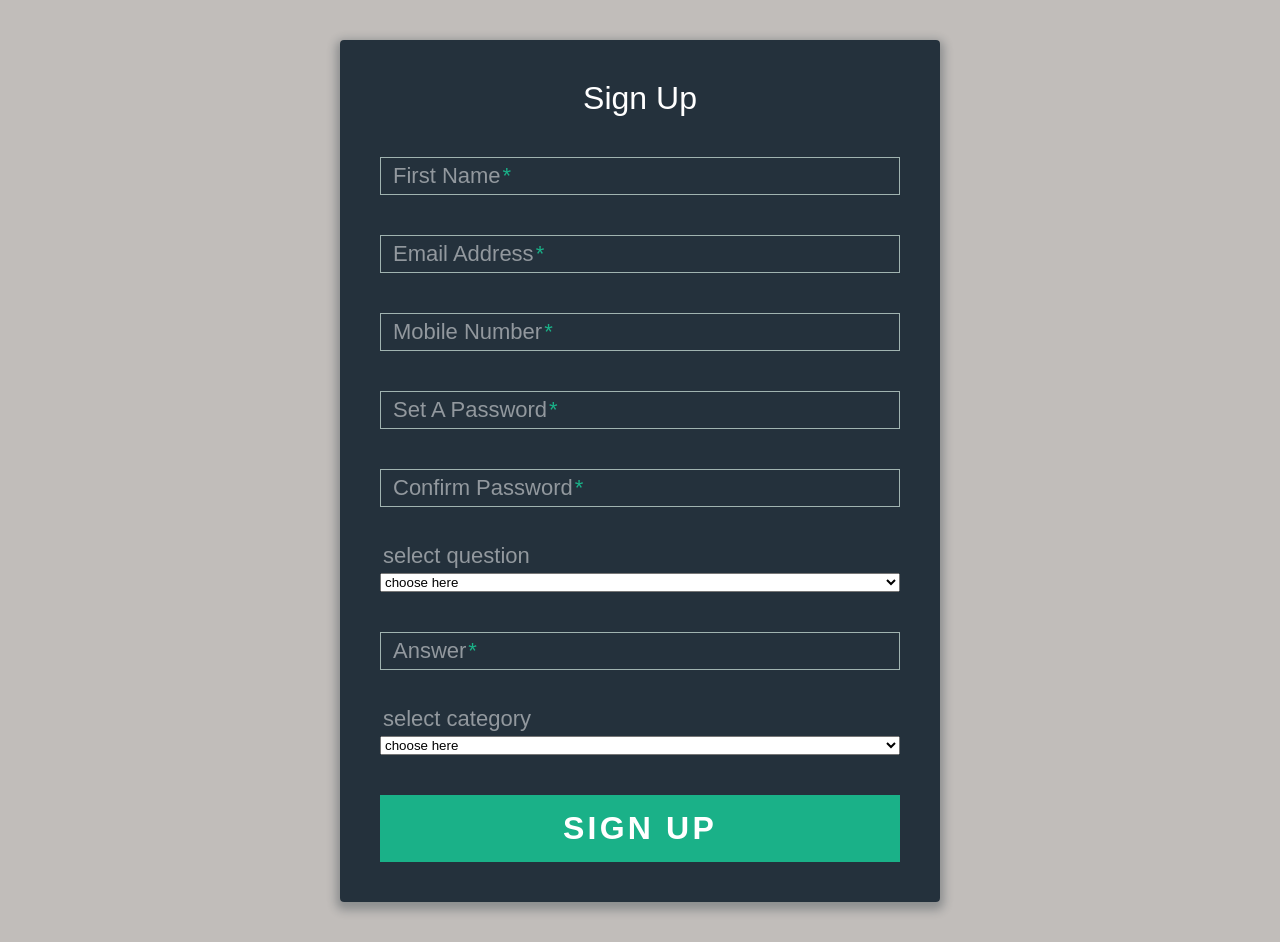
Repository: Jairam123/myProject
Page: http://localhost/CustomerComplaintSystem/Webapps/signUp.jsp
The author's editor kept a copy of each file at every save. The page is drawn from the files as they stood at one save, then again after the next save.
The browser window is 1280 px wide. The pictures show the whole page.
The page is served by Tomcat 9. Other server files are loaded and not shown.

Above is the page before, as saved 2017-03-24 11:03:28.

### ram/CustomerComplaintSystem/Webapps/signUp.jsp
<%@ page language="java" contentType="text/html; charset=UTF-8"
    pageEncoding="UTF-8"%>
<!DOCTYPE html PUBLIC "-//W3C//DTD HTML 4.01 Transitional//EN" "http://www.w3.org/TR/html4/loose.dtd">
<html>
<head>
<meta http-equiv="Content-Type" content="text/html; charset=UTF-8">
<title>Insert title here</title>
<link rel="stylesheet" href="style.css">
</head>
<body>
<div class="form">

     <h1>Sign Up</h1>
       <div id="signup">

          <form action="/" method="post">


            <div class="field-wrap">
              <label>
                First Name<span class="req">*</span>
              </label>
              <input type="text" required autocomplete="off" id="first_name" />
            </div>



          <div class="field-wrap">
            <label>
              Email Address<span class="req">*</span>
            </label>
            <input type="email"required autocomplete="off"/>
          </div>
         <div class="field-wrap">
            <label>
              Mobile Number<span class="req">*</span>
            </label>
            <input type="text"required autocomplete="off"/>
          </div>

          <div class="field-wrap">
            <label>
              Set A Password<span class="req">*</span>
            </label>
            <input type="password"required autocomplete="off" id="password"/>
          </div>
            <div class="field-wrap">
            <label>
              Confirm Password<span class="req">*</span>
            </label>
            <input type="password"required autocomplete="off" id="confirm_password"/>
          </div>
            <div class="field-wrap" style="margin-top:-10px;">
              <label style="margin-left:-10px;">select question
            </label>
                   <br>
                   <br>
                <select name="cars" style="width: 100%;" required >
                <option selected disabled>choose here</option>
                <option value="volvo">Volvo</option>
                <option value="saab">Saab</option>
                <option value="fiat">Fiat</option>
                <option value="audi">Audi</option>
              </select>
          </div>

            <div class="field-wrap">
            <label>
              Answer<span class="req">*</span>
            </label>
            <input type="text"required autocomplete="off"/>
          </div>

          <div class="field-wrap" style="margin-top:-10px;">
              <label style="margin-left:-10px;">select category
            </label>
                   <br>
                   <br>
                <select name="cars" style="width: 100%;" required >
                <option selected disabled>choose here</option>
                <option value="volvo">Volvo</option>
                <option value="saab">Saab</option>
                <option value="fiat">Fiat</option>
                <option value="audi">Audi</option>
              </select>
          </div>


          <button type="submit" class="button button-block"/>Sign Up</button>

          </form>

        </div>


</body>
</html>

### ram/CustomerComplaintSystem/Webapps/style.css
*, *:before, *:after {
  box-sizing: border-box;
}

html {
  overflow-y: scroll;
}

body {
  background: #c1bdba;
  font-family: 'Titillium Web', sans-serif;
}

a {
  text-decoration: none;
  color: #1ab188;
  -webkit-transition: .5s ease;
  transition: .5s ease;
}
a:hover {
  color: #179b77;
}

.form {
  background: rgba(19, 35, 47, 0.9);
  padding: 40px;
  max-width: 600px;
  margin: 40px auto;
  border-radius: 4px;
  box-shadow: 0 4px 10px 4px rgba(19, 35, 47, 0.3);
}

.tab-group {
  list-style: none;
  padding: 0;
  margin: 0 0 40px 0;
}
.tab-group:after {
  content: "";
  display: table;
  clear: both;
}
.tab-group li a {
  display: block;
  text-decoration: none;
  padding: 15px;
  background: rgba(160, 179, 176, 0.25);
  color: #a0b3b0;
  font-size: 20px;
  float: left;
  width: 50%;
  text-align: center;
  cursor: pointer;
  -webkit-transition: .5s ease;
  transition: .5s ease;
}
.tab-group li a:hover {
  background: #179b77;
  color: #ffffff;
}
.tab-group .active a {
  background: #1ab188;
  color: #ffffff;
}

.tab-content > div:last-child {
  display: none;
}

h1 {
  text-align: center;
  color: #ffffff;
  font-weight: 300;
  margin: 0 0 40px;
}

label {
  position: absolute;
  -webkit-transform: translateY(6px);
          transform: translateY(6px);
  left: 13px;
  color: rgba(255, 255, 255, 0.5);
  -webkit-transition: all 0.25s ease;
  transition: all 0.25s ease;
  -webkit-backface-visibility: hidden;
  pointer-events: none;
  font-size: 22px;
}
label .req {
  margin: 2px;
  color: #1ab188;
}

label.active {
  -webkit-transform: translateY(50px);
          transform: translateY(50px);
  left: 2px;
  font-size: 14px;
}
label.active .req {
  opacity: 0;
}

label.highlight {
  color: #ffffff;
}

input, textarea {
  font-size: 22px;
  display: block;
  width: 100%;
  height: 100%;
  padding: 5px 10px;
  background: none;
  background-image: none;
  border: 1px solid #a0b3b0;
  color: #ffffff;
  border-radius: 0;
  -webkit-transition: border-color .25s ease, box-shadow .25s ease;
  transition: border-color .25s ease, box-shadow .25s ease;
}
input:focus, textarea:focus {
  outline: 0;
  border-color: #1ab188;
}

textarea {
  border: 2px solid #a0b3b0;
  resize: vertical;
}

.field-wrap {
  position: relative;
  margin-bottom: 40px;
}

.top-row:after {
  content: "";
  display: table;
  clear: both;
}
.top-row > div {
  float: left;
  width: 48%;
  margin-right: 4%;
}
.top-row > div:last-child {
  margin: 0;
}

.button {
  border: 0;
  outline: none;
  border-radius: 0;
  padding: 15px 0;
  font-size: 2rem;
  font-weight: 600;
  text-transform: uppercase;
  letter-spacing: .1em;
  background: #1ab188;
  color: #ffffff;
  -webkit-transition: all 0.5s ease;
  transition: all 0.5s ease;
  -webkit-appearance: none;
}
.button:hover, .button:focus {
  background: #179b77;
}

.button-block {
  display: block;
  width: 100%;
}

.forgot {
  margin-top: -20px;
  text-align: right;
}
.change {
  margin-top: -20px;
  text-align: right;
}

After the next save:
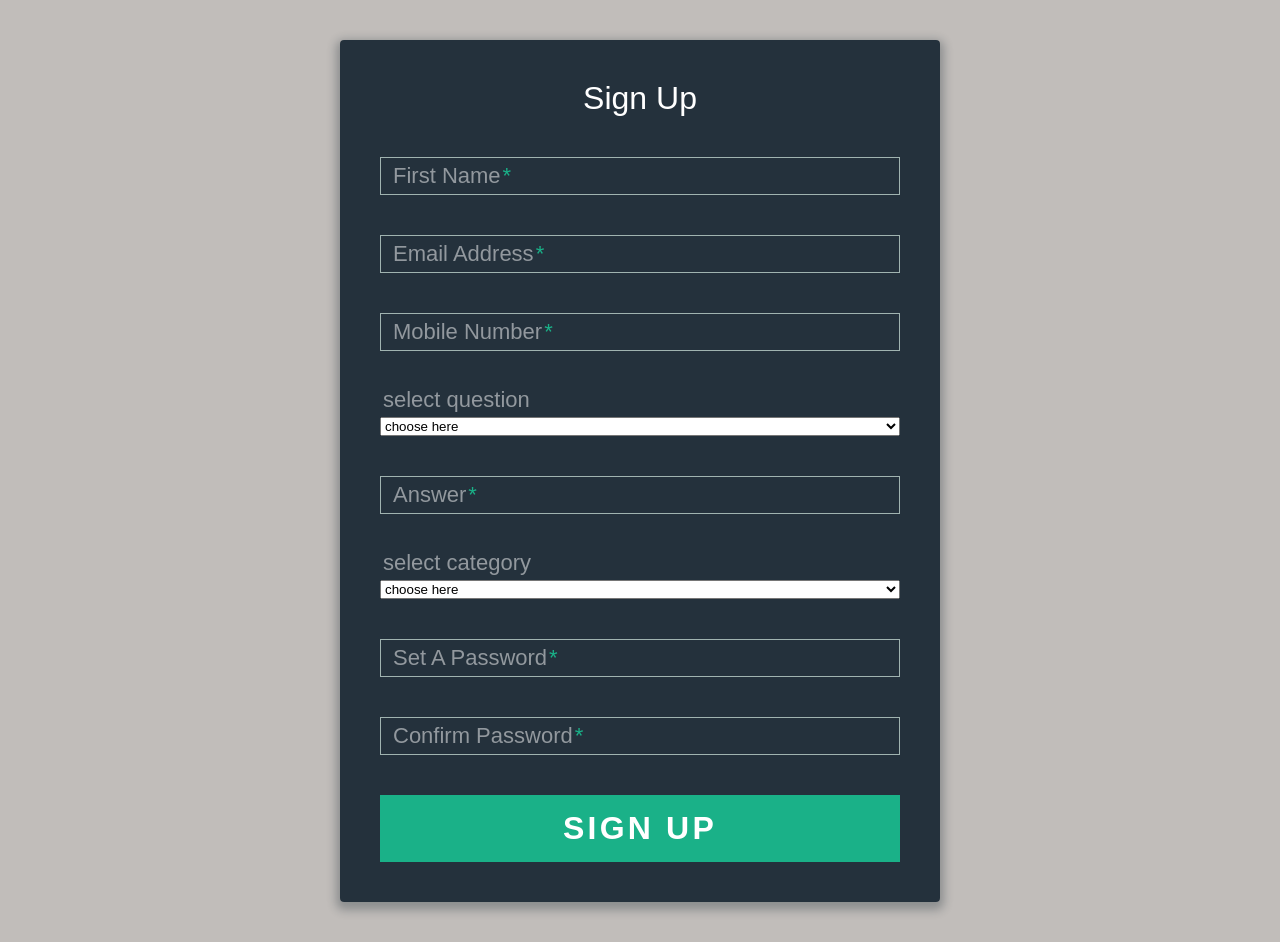
Saved 71 s later.
--- a/ram/CustomerComplaintSystem/Webapps/signUp.jsp
+++ b/ram/CustomerComplaintSystem/Webapps/signUp.jsp
@@ -38,18 +38,6 @@
             <input type="text"required autocomplete="off"/>
           </div>
 
-          <div class="field-wrap">
-            <label>
-              Set A Password<span class="req">*</span>
-            </label>
-            <input type="password"required autocomplete="off" id="password"/>
-          </div>
-            <div class="field-wrap">
-            <label>
-              Confirm Password<span class="req">*</span>
-            </label>
-            <input type="password"required autocomplete="off" id="confirm_password"/>
-          </div>
             <div class="field-wrap" style="margin-top:-10px;">
               <label style="margin-left:-10px;">select question
             </label>
@@ -84,6 +72,19 @@
                 <option value="audi">Audi</option>
               </select>
           </div>
+           <div class="field-wrap">
+            <label>
+              Set A Password<span class="req">*</span>
+            </label>
+            <input type="password"required autocomplete="off" id="password"/>
+          </div>
+            <div class="field-wrap">
+            <label>
+              Confirm Password<span class="req">*</span>
+            </label>
+            <input type="password"required autocomplete="off" id="confirm_password"/>
+          </div>
+
 
 
           <button type="submit" class="button button-block"/>Sign Up</button>
